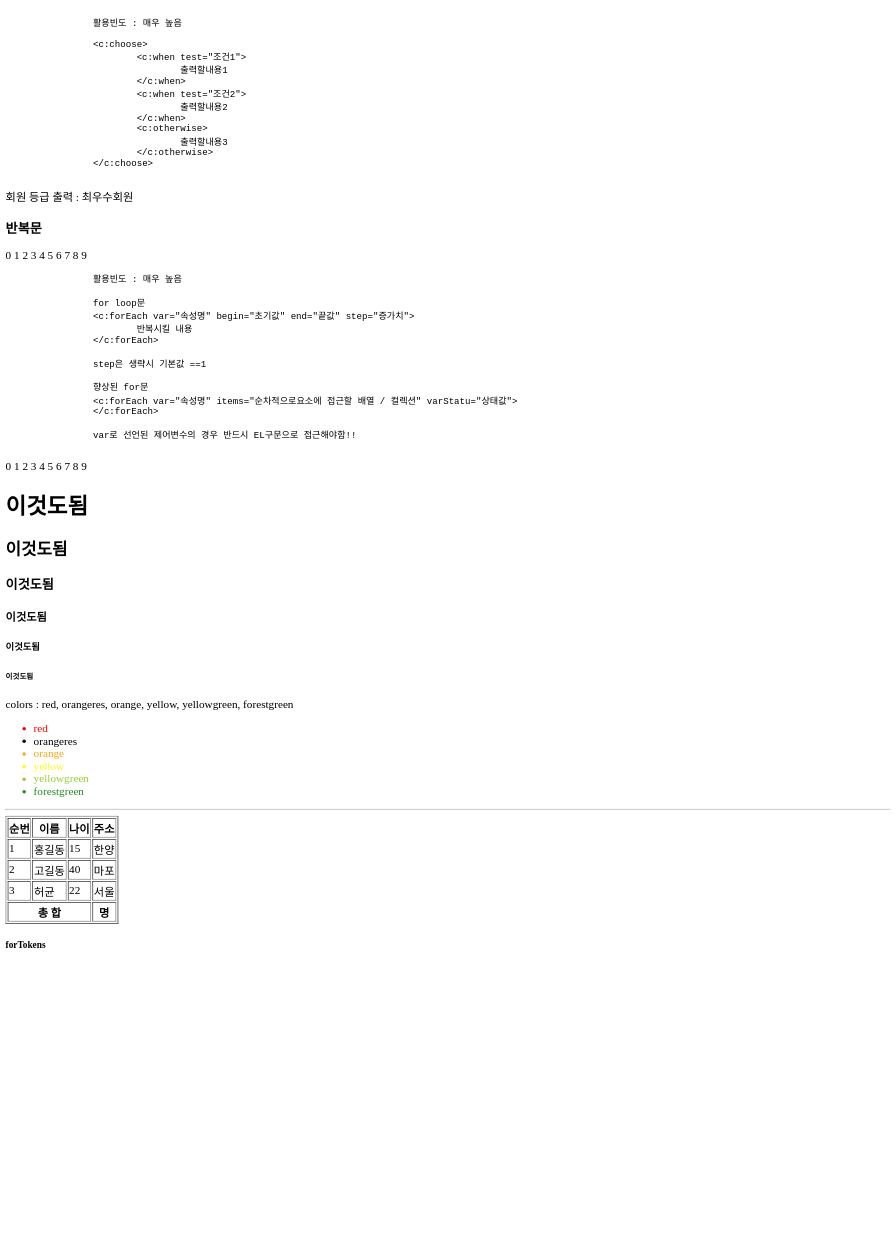
Repository: rlaehqkf/java_practice
Page: http://localhost/ActionProject/jstl.do
An editor plug-in stored every save of this project. The page is shown before and after the next save, followed by the edit.
The browser window is 1280 px wide. The pictures show the part of the page from y = 1602 to 3522 px (the page is 3368 px tall before and 3522 px after), at 70% of full size.
The page is served by Tomcat 9. Other server files are loaded and not shown.

Above is the page before, as saved 2026-05-07 01:38:52.

### ActionProject/src/main/webapp/WEB-INF/views/custom/JSTL.jsp
<%@ page language="java" contentType="text/html; charset=UTF-8"
    pageEncoding="UTF-8"%>
<%@ taglib prefix="c" uri="http://java.sun.com/jsp/jstl/core" %>
<!--
	URI > URL

	URI(Uniform Resource Identifier) : 자원을 식별하는 문자열
									   자원의 위치, 네이밍과 상관없이 고유하게 가리킬 수 있는 모든 식별자

	URL(Uniform Resource Locator) : Location(위치)어디로 가면 그걸 찾을 수 있는가에 대한 답
 -->

<!DOCTYPE html>
<html>
<head>
<meta charset="UTF-8">
<title>중요!!!!!!!!</title>
</head>
<body>

	<h1>JSTL이란...?</h1>

	<p>
		Jakarta Server Page Standard Tag Library의 약어로 <br>
		JSP에서 사용할 수 있는 커스텀 액션 태그<br>
		공통적으로 화면단에서 사용하게 되는 코드들의 어떤 집합을 보다 쉽게 사용할 수 있게끔 태그로 만들어거 <br>
		표준으로 제공하는 라이브러리(클래스 모음집)
	</p>

	<hr>


	<h3>* 라이브러리를 추가</h3>

	<ol>
		<li>https://tomcat.apache.org로접속</li>
		<li>Standard-1.2.5.jar파일 4개 다 다운받기<li>
		<li>WEB-INF/lib폴더에 넣어준다(Copy files)</li>
	</ol>

	<h4>* JSTL 선언!!</h4>

	<%
		request.setAttribute("abc", 10);
	%>
	<c:set var="bbb" value="10" />

	<p>
		JSTL을 사용하는 방법은 일단 사용하고자하는 JSP파일 상단에 <br>
		보통 page지시어 바로 밑에<br>
		taglib지시어를 사용해서 선언을 해주어야함!
	</p>

	<hr>

	<h4>JSTL Core Library</h4>

	<p>
		JSP상에서 조건문, 반복문등의 로직과 관련된 태그들을 제공함
	</p>

	<h5>속성 추가하기(Attribute추가)</h5>

	<pre>
		활용빈도 낮음

		&lt; c:set var="키값" value="리터럴값" scope="스코프(생략가능)" />
		- Scope에 새로운 Attribute를 추가하는 태그
		- scope속성 생략 시 pageScope에 담김
	</pre>

	<c:set var="num1" value="10" />
	<c:set var="num2" value="20" scope="request"/>
	<%--request.setAttribute("num", "10) --%>
	<c:set var="result" value="${ num1 + num2 }" scope = "session"/>

	set태그로 선언한 Attribute는 EL구문을 이용해출력 <br>
	num1의 값 : ${ num1 } <br>
	num2의 값 : ${ num2 } <br>
	result의 값 ${ result } <br>

	<c:set var="result" scope="request">9999</c:set>
	<!-- value속성을 명시하지 않고 컨텐트 영역에 대입할 값을 기술할 수 있음 -->

	<hr>

	<pre>
		활용빈도 : 중간

		* 속성 삭제(&lt;c:remove var="제거하고자하는 속성" scope="스코프영역(생략가능)" />)

		- 해당 Attribute를 Scope영역에서 제거하는 태그
		- scope속성을 작성하지 않으면 모든 scope에서 해당 Attribute를 싹 다 제거함
	</pre>

	삭제 전 result : ${ result } <br>

	<hr>

	오케이~ requestScope에서 result속성을 삭제 <br>
	<c:remove var="result" scope="request" />
	삭제 후 result : ${ result } <br>

	<hr>

	<pre>
		활용빈도 : 낮은데 진짜 살다가 필요할때가 생김
		* 출력(&lt;c:out value="출력할 값" default="기본값" escapeXml="t/F/>)
		- 속성을 출력하려고할 때 사용하는 태그
	</pre>

	num1 : <c:out value="${ num1 }" /> <br>
	ㅋㅋㅋ : ${ num1 }

	<br>

	requestScope result : ${ requestScope.result } <br>
	out태그 사용 : <c:out value="${ requestScope.result }" default="값이 존재하지 않음" />

	<c:set var="strong" value="<strong>강한정보</strong>" />

	${ strong }
	<c:out value="${ strong }" />

	<hr>

	<h3>조건문</h3>

	<pre>
		활용빈도 : 높음

		&lt;c:if test="조건식">
			조건식이 true일 경우 출력할 내용
		&lt;/c:if>

		- 조건식을 작성할 때는 반드시 EL구문으로 작성
	</pre>


	<c:if test="${ num1 lt num2 }">
		<strong>num1이 num2보다 작습니다. </strong>
	</c:if>
	<%--
	<% if((int)pageContext.getAttribute("num1") > (int)request.getAttribute("num2")) {%>
	<% } %>
	--%>

	<h3>choose, when, otherwise</h3>

	<pre>
		활용빈도 : 매우 높음

		&lt;c:choose>
			&lt;c:when test="조건1">
				출력할내용1
			&lt;/c:when>
			&lt;c:when test="조건2">
				출력할내용2
			&lt;/c:when>
			&lt;c:otherwise>
				출력할내용3
			&lt;/c:otherwise>
		&lt;/c:choose>
	</pre>

	<c:set var="point" value="400" />

	회원 등급 출력 :
	<c:choose>
		<c:when test="${ point le 100 }">
			일반회원
		</c:when>
		<c:when test="${ point le 00 }">
			우수회원
		</c:when>
		<c:otherwise>
			최우수회원
		</c:otherwise>

	</c:choose>
	<!-- choose구문안에 when/otherwise말고 다른 어떤 무언가가 들어가서는 안됨! -->

	<h3>반복문</h3>

	<% for(int i =0; i< 10; i++){ %>
		<%= i %>
	<% } %>

	<pre>
		활용빈도 : 매우 높음

		for loop문
		&lt;c:forEach var="속성명" begin="초기값" end="끝값" step="증가치">
			반복시킬 내용
		&lt;/c:forEach>

		step은 생략시 기본값 ==1

		향상된 for문
		&lt;c:forEach var="속성명" items="순차적으로요소에 접근할 배열 / 컬렉션" varStatu="상태값">
		&lt;/c:forEach>

		var로 선언된 제어변수의 경우 반드시 EL구문으로 접근해야함!!
	</pre>

	<c:forEach var="i" begin="0" end="9">
		${ i }
	</c:forEach>

	<br>

	<c:forEach var="i" begin="1" end="6">
		<h${ i }>이것도됨</h${ i }>
	</c:forEach>

	<c:set var="colors">
		red, orangeres, orange, yellow, yellowgreen, forestgreen
	</c:set>

	colors : ${ colors }

	<br>

	<ul>
		<c:forEach var="c" items="${ colors }">
			<li style="color:${ c }">${ c }</li>
		</c:forEach>

	</ul>

	<hr>

	<table border="1">
		<thead>
			<tr>
				<th>순번</th>
				<th>이름</th>
				<th>나이</th>
				<th>주소</th>
			</tr>
		</thead>
		<tbody>
			<c:choose>
				<c:when test="${ empty persons }">
					<tr>
						<th colspan="4">조회결과가 존재하지 않습니다.</th>
					</tr>
				</c:when>
				<c:otherwise>
					<c:forEach var="p" items="${ persons }" varStatus="s">
						<tr>
							<td>${ s.count }</td> <!-- index =>0부터 count=> 1부터 -->
							<td>${ p.name }</td>
							<td>${ p.age }</td>
							<td>${ p.address }</td>
						</tr>
					</c:forEach>
				</c:otherwise>
			</c:choose>
		</tbody>
		<tfoot>
			<th colspan="3">총 합</th>
			<th>${ person.size() }명</th>
		</tfoot>
	</table>

	<h5>forTokens</h5>

	<c:set var="device" value="컴퓨터,핸드폰,TV/에어컨.냉장고-사탁기" />





















<br><br><br><br><br><br><br><br><br><br><br><br><br><br><br><br><br><br><br><br><br>
</body>
</html>

### ActionProject/src/main/java/com/kh/el/controller/JstlServlet.java
package com.kh.el.controller;

import java.io.IOException;
import java.util.ArrayList;
import java.util.List;

import javax.servlet.ServletException;
import javax.servlet.annotation.WebServlet;
import javax.servlet.http.HttpServlet;
import javax.servlet.http.HttpServletRequest;
import javax.servlet.http.HttpServletResponse;

import com.kh.el.model.dto.Person;

/**
 * Servlet implementation class JstlServlet
 */
@WebServlet("/jstl.do")
public class JstlServlet extends HttpServlet {
	private static final long serialVersionUID = 1L;


    public JstlServlet() {
        super();

    }


	protected void doGet(HttpServletRequest request, HttpServletResponse response) throws ServletException, IOException {


		// DB 갔다온척 -> SELECT
		// List가 응답으로 옴
		List<Person> persons = new ArrayList();
		persons.add(new Person("홍길동", 15, "한양"));
		persons.add(new Person("고길동", 40, "마포"));
		persons.add(new Person("허균", 22, "서울"));
		// List가 응답으로 옴


		request.setAttribute("persons", persons);






		request.getRequestDispatcher("/WEB-INF/views/custom/JSTL.jsp").forward(request, response);


	}


	protected void doPost(HttpServletRequest request, HttpServletResponse response) throws ServletException, IOException {

		doGet(request, response);
	}

}

### ActionProject/src/main/java/com/kh/el/model/dto/Person.java
package com.kh.el.model.dto;

public class Person {
	private String name;
	private int age;
	private String address;

	public Person(String name, int age, String address) {
		super();
		this.name = name;
		this.age = age;
		this.address = address;
	}
	public Person() {
		super();
	}
	public String getName() {
		return name;
	}
	public void setName(String name) {
		this.name = name;
	}
	public int getAge() {
		return age;
	}
	public void setAge(int age) {
		this.age = age;
	}
	public String getAddress() {
		return address;
	}
	public void setAdress(String address) {
		this.address = address;
	}

	@Override
	public String toString() {
		return "Person [name=" + name + ", age=" + age + ", address=" + address + "]";
	}



}

After the next save:
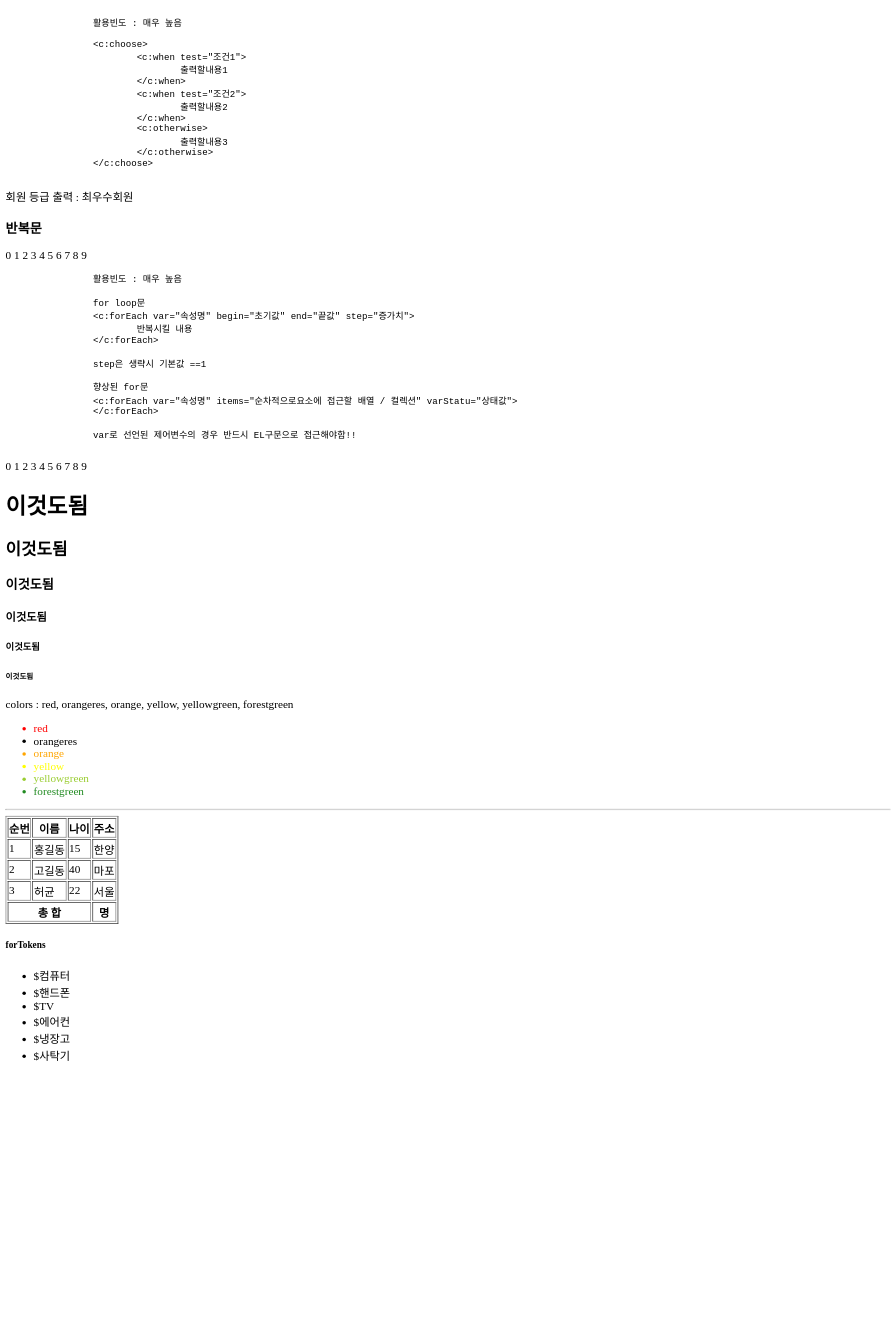
Saved 76 s later.
--- a/ActionProject/src/main/webapp/WEB-INF/views/custom/JSTL.jsp
+++ b/ActionProject/src/main/webapp/WEB-INF/views/custom/JSTL.jsp
@@ -268,7 +268,11 @@
 
 	<c:set var="device" value="컴퓨터,핸드폰,TV/에어컨.냉장고-사탁기" />
 
-
+	<ul>
+		<c:forTokens var="d" items="${ device }" delims=",/.-">
+			<li>$${ d }</li>
+		</c:forTokens>
+	</ul>
 
 
 
